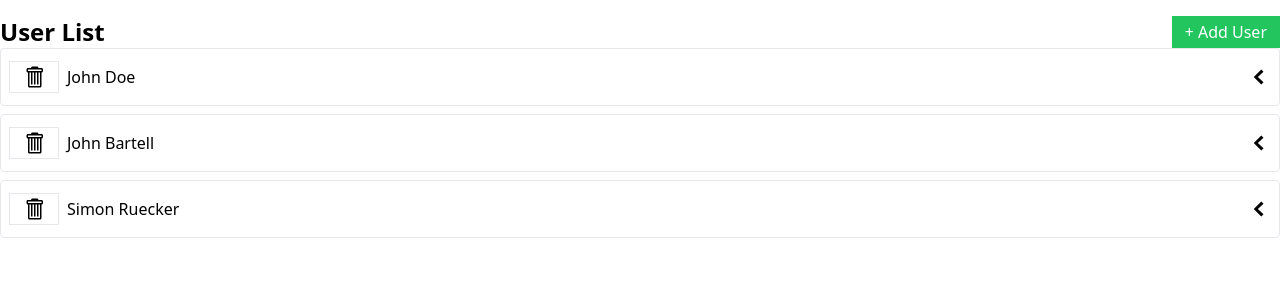
Repository: Marhamat92/users-app-redux-thunk-and-query
Page: /
These files come from the project's save history. The page is drawn as it stood at one moment and after the next save; the edit follows.
The browser window is 1280 px wide. The pictures show the whole page.
The project was rebuilt for these pictures with package versions that can differ from the ones it lists, and the page was loaded fresh each time. Requests to the local data server were answered from the project's data file.

Above is the page before, as saved 2023-01-31 23:55:26.

### src/index.js
import React from 'react';
import ReactDOM from 'react-dom/client';
import './index.css';
import App from './App';
import { Provider } from 'react-redux';
import { store } from './store';

const root = ReactDOM.createRoot(document.getElementById('root'));
root.render(
  <Provider store={store}>
    <App />
  </Provider>
);

### src/App.js
import UsersList from "./components/UsersList";


function App() {
  return (
    <div className="container mx-auto">
      <UsersList />
    </div>
  );
}

export default App;

### src/store/index.js
import { configureStore } from '@reduxjs/toolkit';
import { usersReducer } from './slices/usersSlice';

export const store = configureStore({
  reducer: {
    users: usersReducer,
  },
});


export * from './thunks/fetchUsers'; //  We are importing this here and exporting it from here so we can use it in App.js
export * from './thunks/addUser'; //  We are importing this here and exporting it from here so we can use it in App.js
export * from './thunks/removeUser'; //  We are importing this here and exporting it from here so we can use it in App.js

### src/components/UsersList.js
import React, { useEffect, useState } from 'react'
import { fetchUsers, addUser } from '../store'
import { useDispatch, useSelector } from 'react-redux'
import Skeleton from './Skeleton'
import Button from './Button'
import { useThunk } from '../hooks/use-thunk'
import UsersListItem from './UsersListItem'



function UsersList() {
  const dispatch = useDispatch()
  const { data } = useSelector((state) => {
    return state.users;
  });
  // const [isLoadingUsers, setIsLoadingUsers] = useState(false)  //!we removed these two lines because we are using hook useThunk
  // const [loadingUsersError, setLoadingUsersError] = useState(null)
  const [doFetchUsers, isLoadingUsers, loadingUsersError] = useThunk(fetchUsers) //!we are using useThunk hook to get the data from the server
  //! we deleted isLoading and error from destructring because we will use useState instead of isLoading and error which are isLoadingUsers and loadingUsersError
  // const [isAddingUser, setIsAddingUser] = useState(false)
  // const [addingUserError, setAddingUserError] = useState(null)
  const [doAddUser, isAddingUser, addingUserError] = useThunk(addUser) //!we are using useThunk hook to add the data to the server


  useEffect(() => {

    doFetchUsers(); //!we are using doFetchUsers instead of dispatch(fetchUsers()) because we are using useThunk hook
    //when we console log dispatch we see unwrap, so we ca use t to create a promise and then we can use then and catch to show the loading or error accordingly
  }, [doFetchUsers])

  const handleAddUser = () => {
    doAddUser()
  }

  let content;
  if (isLoadingUsers) {
    content = <Skeleton className="h-10 w-full" times={10} />
  } else if (loadingUsersError) {
    content = <div>Error while fetching data..</div>
  } else {
    content = data.map((user) => {
      return (
        <UsersListItem key={user.id} user={user} />
      )
    })
  }


  return (

    <div>
      <div className='flex flex-row justify-between items-center mt-4' >
        <h1 className='text-2xl font-bold' >User List</h1>
        <Button loading={isAddingUser} onClick={handleAddUser} success>
          + Add User
        </Button>
        {addingUserError && <div>Error while adding user</div>}
      </div>
      {content}
    </div>
  )
}

export default UsersList

### src/store/slices/usersSlice.js
import { createSlice } from '@reduxjs/toolkit';
import { fetchUsers } from '../thunks/fetchUsers';
import { addUser } from '../thunks/addUser';
import { removeUser } from '../thunks/removeUser';

const usersSlice = createSlice({
  name: "users",
  initialState: {
    data: [],
    // isLoading: false,
    // error: null,

  },
  reducers: {},// we don't need reducers here because we are not creating a slice, we are creating a slice for fetching users in src/store/thunks/fetchUsers.//js
  extraReducers(builder) {
    builder.addCase(fetchUsers.pending, (state, action) => { state.isLoading = true });
    builder.addCase(fetchUsers.fulfilled, (state, action) => { state.isLoading = false; state.data = action.payload; });
    builder.addCase(fetchUsers.rejected, (state, action) => { state.isLoading = false; state.error = action.payload; });
    builder.addCase(addUser.pending, (state, action) => { state.isLoading = true; })
    builder.addCase(addUser.fulfilled, (state, action) => { state.isLoading = false; state.data.push(action.payload) });
    builder.addCase(addUser.rejected, (state, action) => { state.isLoading = false; state.error = action.error });
    builder.addCase(removeUser.pending, (state, action) => { state.isLoading = true })
    builder.addCase(removeUser.fulfilled, (state, action) => { state.isLoading = false; state.data = state.data.filter(user => user.id !== action.payload.id) })
    builder.addCase(removeUser.rejected, (state, action) => { state.isLoading = false; state.error = action.error })
  }

});


//pending means that we are waiting for the response from the server
//fulfilled means that we got the response from the server
//rejected means that we got an error from the server

export const usersReducer = usersSlice.reducer;

### src/store/thunks/fetchUsers.js
import { createAsyncThunk } from "@reduxjs/toolkit";  // we use createAsyncThunk instead of createSlice here because we are not creating a slice, we are creating a thunk for fetching users
import axios from "axios";

const fetchUsers = createAsyncThunk('users/fetch', async () => {
  const response = await axios.get('http://localhost:3004/users')

  //!lets add short pause for development test to see if loading works or not (we will remove it later)
  await pause(1000) //! we are using await here because we want to wait for the pause to finish before we return the response.data
  return response.data;
})


//!lets add short pause for development test to see if loading works or not (we will remove it later)
const pause = (duration) => {
  return new Promise((resolve) => {
    setTimeout(
      resolve, duration)
  })
}


// when we create async thunk, fetchUsers.pending, fetchUsers.fulfilled, fetchUsers.rejected are automatically created and we can use them inside extraReducers in src/store/slices/usersSlice.js
//so fetchUsers.pending === 'users/fetch/pending', fetchUsers.fulfilled === 'users/fetch/fulfilled', fetchUsers.rejected === 'users/fetch/rejected'

//pending means that we are waiting for the response from the server
//fulfilled means that we got the response from the server
//rejected means that we got an error from the server

export { fetchUsers };

### src/store/thunks/addUser.js
import { createAsyncThunk } from '@reduxjs/toolkit';
import axios from 'axios';
import { faker } from '@faker-js/faker';

const addUser = createAsyncThunk('users/add', async () => {
  const response = await axios.post('http://localhost:3004/users', {
    name: faker.name.fullName(),
  });

  return response.data;
});

export { addUser };

### src/store/thunks/removeUser.js
import { createAsyncThunk } from '@reduxjs/toolkit';
import axios from 'axios';

const removeUser = createAsyncThunk(
  'users/remove', async (user) => {
    axios.delete(`http://localhost:3004/users/${user.id}`);
    return user;
  });

export { removeUser }

### src/components/Skeleton.js
import React from 'react'
import classNames from 'classnames'

function Skeleton({ times, className }) {

  const outerClassNames = classNames(
    'relative',
    'overflow-hidden',
    'bg-gray-200',
    'rounded',
    'mb-2.5',
    'mt-2.5',
    className
  );
  const innerClassNames = classNames(
    'animate-shimmer',
    'absolute',
    'inset-0',
    '-translate-x-full',
    'bg-gradient-to-r',
    'from-gray-200',
    'via-white',
    'to-gray-200',


  );

  const boxes = Array(times).fill(0).map((_, i) => {
    return (<div key={i} className={outerClassNames}>
      <div className={innerClassNames} />
    </div>)
  });



  return boxes
}

export default Skeleton

### src/components/Button.js
import className from 'classnames';
import { GoSync } from 'react-icons/go'

function Button({
  children,
  primary,
  secondary,
  success,
  warning,
  danger,
  outline,
  rounded,
  loading,
  ...rest
}) {
  const classes = className(
    rest.className,
    'flex items-center px-3 py-1.5 border h-8',
    {
      'opacity-80': loading,
      'border-blue-500 bg-blue-500 text-white': primary,
      'border-gray-900 bg-gray-900 text-white': secondary,
      'border-green-500 bg-green-500 text-white': success,
      'border-yellow-400 bg-yellow-400 text-white': warning,
      'border-red-500 bg-red-500 text-white': danger,
      'rounded-full': rounded,
      'bg-white': outline,
      'text-blue-500': outline && primary,
      'text-gray-900': outline && secondary,
      'text-green-500': outline && success,
      'text-yellow-400': outline && warning,
      'text-red-500': outline && danger,
    }
  );

  return (
    <button disabled={loading} {...rest} className={classes}>
      {loading ? <GoSync className="animate-spin" /> : children}
    </button>
  );
}

Button.propTypes = {
  checkVariationValue: ({ primary, secondary, success, warning, danger }) => {
    const count =
      Number(!!primary) +
      Number(!!secondary) +
      Number(!!warning) +
      Number(!!success) +
      Number(!!danger);

    if (count > 1) {
      return new Error(
        'Only one of primary, secondary, success, warning, danger can be true'
      );
    }
  },
};

export default Button;

### src/hooks/use-thunk.js
import { useState, useCallback } from 'react'
import { useDispatch } from 'react-redux'

export function useThunk(thunk) {
  const [isLoading, setIsLoading] = useState(false);
  const [error, setError] = useState(null);
  const dispatch = useDispatch();

  const runThunk = useCallback(
    (arg) => {
      setIsLoading(true);
      dispatch(thunk(arg))
        .unwrap()
        .catch((err) => setError(err))
        .finally(() => setIsLoading(false));
    },
    [dispatch, thunk]
  );

  return [runThunk, isLoading, error];
}

### src/components/UsersListItem.js
import React from 'react'
import { GoTrashcan } from 'react-icons/go';
import { removeUser } from '../store';
import Button from './Button';
import { useThunk } from '../hooks/use-thunk';
import ExpandablePanel from './ExpandablePanel';


function UsersListItem({ user }) {
  const [doRemoveUser, isLoading, error] = useThunk(removeUser)

  const handleRemoveUser = () => {
    doRemoveUser(user)
  }

  const header = <>
    <Button onClick={handleRemoveUser} loading={isLoading} >
      <GoTrashcan className='text-2xl hover:text-red-500 cursor-pointer ' />
    </Button>
    <div className='flex p-2 justify-between items-center cursor-pointer' >{user.name}</div>
  </>

  return (<ExpandablePanel header={header} >
    hkjhkjg
  </ExpandablePanel>
  )
}

export default UsersListItem

### src/components/ExpandablePanel.js
import React, { useState } from 'react'
import { GoChevronDown, GoChevronLeft } from 'react-icons/go'

function ExpandablePanel({ header, children }) {
  const [expanded, setExpanded] = useState(false)


  const toggleExpanded = () => {
    setExpanded(!expanded)
  }



  return (
    <div className="mb-2 border rounded">
      <div className="flex p-2 justify-between items-center ">
        <div className="flex flex-row items-center justify-between">
          {header}
        </div>
        <div className='cursor-pointer' onClick={toggleExpanded} >
          {expanded ? <GoChevronDown className='text-2xl' /> : <GoChevronLeft className='text-2xl' />}
        </div>
      </div>
      {
        expanded && <div className='p-2 border-t' >
          {children}
        </div>
      }

    </div>
  )
}

export default ExpandablePanel

### tailwind.config.js
/** @type {import('tailwindcss').Config} */
module.exports = {
  content: [
    "./src/**/*.{js,jsx,ts,tsx}",
  ],
  theme: {
    extend: {
      keyframes: {
        shimmer: {
          '100%': { transform: 'translateX(100%)' },
        },
      },
      animation: {
        shimmer: 'shimmer 1.5s infinite',
      },
      colors: {},
      fontFamily: {},
      fontSize: {},
      fontWeight: {},
      height: {},
      inset: {},
      letterSpacing: {},
      lineHeight: {},
      margin: {},
      maxHeight: {},
      maxWidth: {},
      minHeight: {},
      minWidth: {},
      opacity: {},
      padding: {},
      screens: {
        xs: "320px",
        sm: "640px",
        md: "768px",
        lg: "1024px",
        xl: "1280px",
        "2xl": "1536px",

      },
      spacing: {},
      stroke: {},
      strokeWidth: {},
      textColor: {},
      width: {},
      zIndex: {},
    },
  },
  plugins: [],
}

### db.json
{
  "users": [
    {
      "id": 1,
      "name": "John Doe"
    },
    {
      "name": "John Bartell",
      "id": 2
    },
    {
      "name": "Simon Ruecker",
      "id": 3
    }
  ],
  "albums": [],
  "photos": []
}

Loaded but not shown: public/index.html (common file); src/index.css (common file)

After the next save:
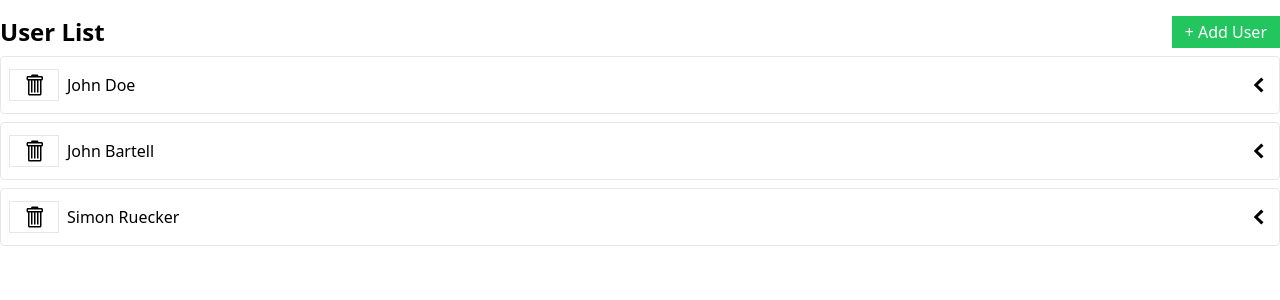
Saved 21 s later.
--- a/src/components/ExpandablePanel.js
+++ b/src/components/ExpandablePanel.js
@@ -12,7 +12,7 @@ function ExpandablePanel({ header, children }) {
 
 
   return (
-    <div className="mb-2 border rounded">
+    <div className="mb-2 border rounded mt-2">
       <div className="flex p-2 justify-between items-center ">
         <div className="flex flex-row items-center justify-between">
           {header}
